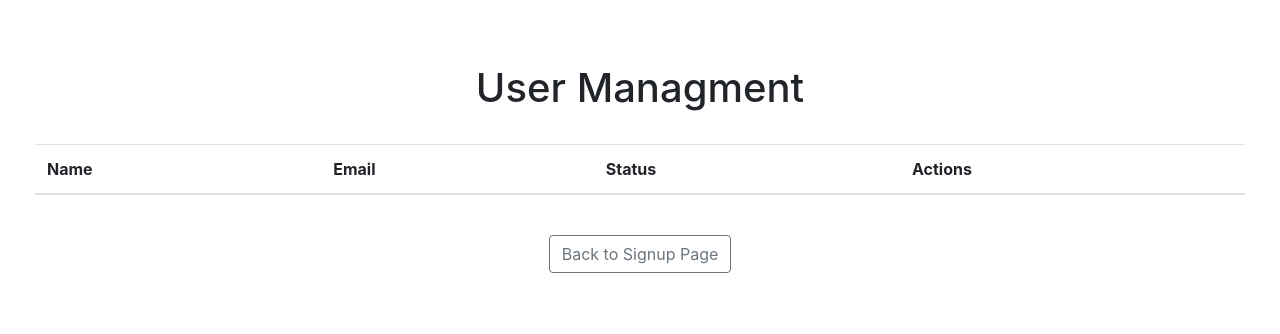
Repository: rmdayberry/yodlr-take-home
Page: public/admin.html
These files come from the project's save history. The page is drawn as it stood at one moment and after the next save; the edit follows.
The browser window is 1280 px wide. The pictures show the whole page.
The page's requests for data from a server got no answer.

Above is the page before, as saved 2024-10-09 10:38:06.

### public/admin.html
<!DOCTYPE html>
<html lang="en">
  <head>
    <meta charset="UTF-8" />
    <meta name="viewport" content="width=device-width, initial-scale=1.0" />
    <title>Admin Page - User Management</title>
    <link rel="stylesheet" href="css/styles.css" />
    <link rel="stylesheet" href="css/admin.css" />
    <link
      rel="stylesheet"
      href="https://stackpath.bootstrapcdn.com/bootstrap/4.5.2/css/bootstrap.min.css"
    />
    <script src="https://code.jquery.com/jquery-3.6.0.min.js"></script>
  </head>
  <body>
    <div class="container-fluid">
      <h1 class="mt-4 text-center">User Managment</h1>
      <div class="table-responsive">
        <table class="table mt-4" id="userTable">
          <thead>
            <tr>
              <th>Name</th>
              <th>Email</th>
              <th>Status</th>
              <th>Actions</th>
            </tr>
          </thead>
          <tbody id="userTableBody">
            <!-- User rows will be populated here -->
          </tbody>
        </table>
      </div>
      <div class="text-center mt-4">
        <a href="/signup.html" class="btn btn-outline-secondary"
          >Back to Signup Page</a
        >
      </div>
    </div>

    <script>
      let users = []; //Empty array to hold user data

      // Fetch users from the server
      function fetchUsers() {
        $.ajax({
          type: "GET",
          url: "http://localhost:3000/users",
          success: function (response) {
            users = response; // Store the user data
            updateUserTable(); // Call function to render table
          },
          error: function (err) {
            console.error("Error fetching users:", err);
          },
        });
      }

      // Change user status
      function changeUserStatus(userId, newStatus) {
        const user = users.find((u) => u.id === userId);
        if (user) {
          // Update only the status
          user.status = newStatus;

          // Make AJAX request to update user on the server
          $.ajax({
            type: "PUT",
            url: `http://localhost:3000/users/${userId}`,
            data: JSON.stringify({
              ...user, // Spread operator to include all user properties
              status: newStatus, // Update only status
            }),
            contentType: "application/json",
            success: function (response) {
              console.log("User updated successfully:", response);
              updateUserTable(); // Refresh user table
            },
            error: function (err) {
              console.error("Error updating user:", err);
            },
          });
        } else {
          console.error("User not found");
        }
      }

      //Delete user function
      function deleteUser(userId) {
        $.ajax({
          type: "DELETE",
          url: `http://localhost:3000/users/${userId}`,
          success: function (response) {
            console.log("User deleted successfully:", response);
            //Remove user from array
            users = users.filter((user) => user.id !== userId);
            updateUserTable();
          },
          error: function (err) {
            console.error("Error deleting user:", err);
          },
        });
      }

      // Render users in the table
      function updateUserTable() {
        const tableBody = $("#userTableBody");
        tableBody.empty(); // Clear existing table body

        users.forEach((user) => {
          const row = `<tr>
                    <td>${user.firstName} ${user.lastName}</td>
                    <td>${user.email}</td>
                    <td>${user.status}</td>
                    <td>
                        <button onclick="changeUserStatus(${user.id}, 'inactive')" class="btn btn-warning">Set Inactive</button>
                        <button onclick="changeUserStatus(${user.id}, 'active')" class="btn btn-success">Set Active</button>
                        <button onclick="deleteUser(${user.id})" class="btn btn-danger">Delete</button>
                    </td>
                </tr>`;
          tableBody.append(row); // Add new row to the table
        });
      }

      // Fetch users when the page loads
      $(document).ready(function () {
        fetchUsers();
      });
    </script>
  </body>
</html>

### public/css/styles.css
@import url("https://fonts.googleapis.com/css2?family=Roboto:wght@400;500;700&display=swap");

body {
  font-family: "Roboto", sans-serif;
  background-color: #f8f9fa;
  padding: 20px;
}

### public/css/admin.css
body {
  background-color: #f9f9f9;
  font-family: --apple-system, BlinkMacSystemFont, "Segoe UI", Roboto,
    "Helvetica Neue", Arial, Helvetica, sans-serif;
  color: #333;
}
.container-fluid {
  padding: 20px;
  border-radius: 12px;
  box-shadow: 0 2px 10px rgb;
}

After the next save:
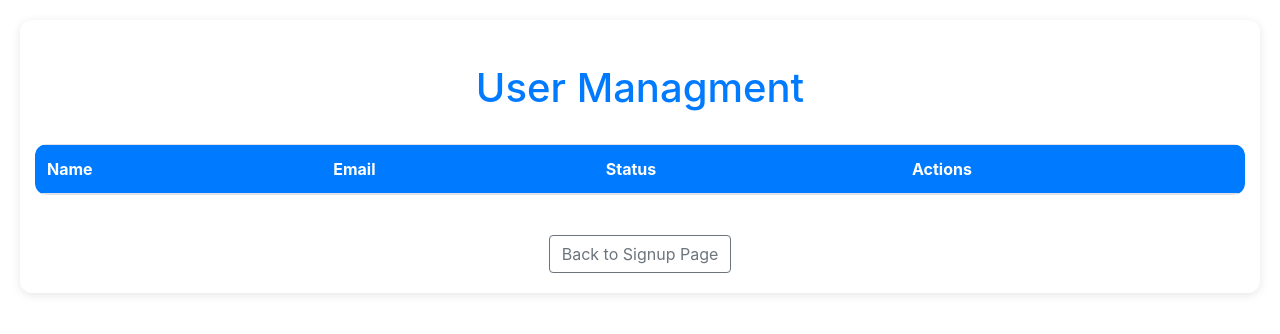
Saved 5 min 51 s later.
--- a/public/css/admin.css
+++ b/public/css/admin.css
@@ -7,5 +7,46 @@ body {
 .container-fluid {
   padding: 20px;
   border-radius: 12px;
-  box-shadow: 0 2px 10px rgb;
+  box-shadow: 0 2px 10px rgba(0, 0, 0, 0.1);
+  background-color: #fff;
 }
+
+h1 {
+  font-size: 2.5rem;
+  color: #007aff;
+}
+
+.table {
+  border-radius: 12px;
+  overflow: hidden;
+}
+
+.table thead th {
+  background-color: #007aff;
+  color: white;
+}
+
+.table tbody tr {
+  transition: background-color 0.3s;
+}
+
+.table tbody tr:hover {
+  background-color: #f1f1f1;
+}
+
+.btn-action {
+  border-radius: 20px;
+  padding: 10px 20px;
+}
+
+.btn-action:hover {
+  opacity: 0.9;
+}
+.text-center {
+  margin-top: 20px;
+}
+
+.btn-outline-secondary {
+  border-radius: 20px;
+  padding: 10px 20px;
+}
